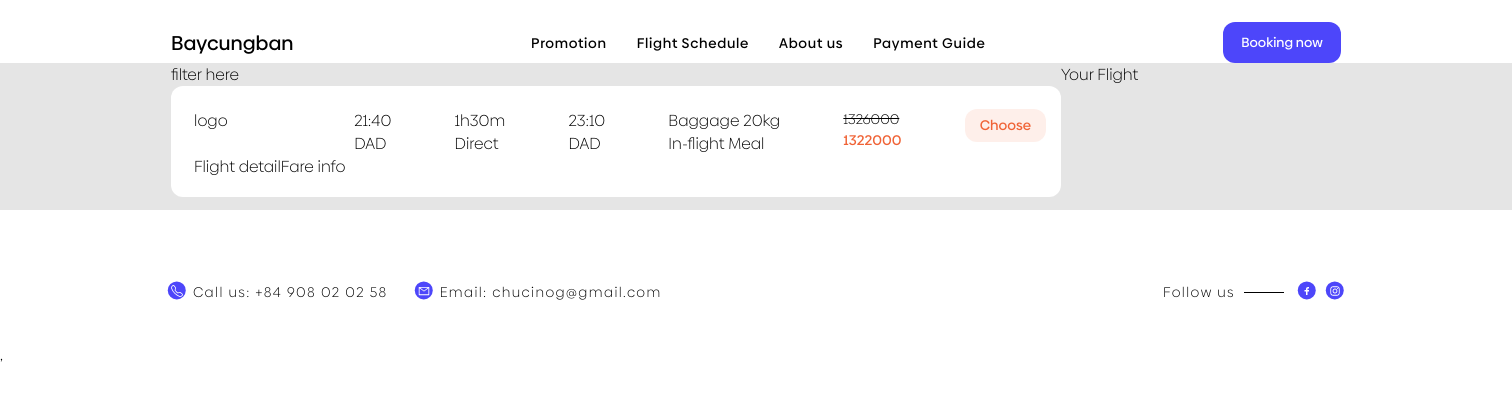
Repository: pinocoding/my-flying
Page: /list (app in my-flying/)
These files come from the project's save history. The page is drawn as it stood at one moment and after a run of saves; the edit follows.
The browser window is 1280 px wide. The page is 1512 px wide, so the pictures cover 1512 px, including what lies to the right of the window. The pictures show the whole page.
The project was rebuilt for these pictures with package versions that can differ from the ones it lists, and the page was loaded fresh each time. Also part of the build but not shown: my-flying/src/components/InDecreaBtn/InDecreaBtn.js, my-flying/src/components/TravelBooking/TravelBooking.css, my-flying/src/components/TravelBooking/TravelBooking.js, my-flying/src/components/home/Home.css, my-flying/src/components/home/Home.js. Imported but missing from the stored project, and not drawn on this page: my-flying/src/reportWebVitals.

Above is the page before, as saved 2022-09-09 17:07:40.

### my-flying/src/index.js
import React from "react";
import ReactDOM from "react-dom/client";
import "./index.css";
import App from "./App";
import reportWebVitals from "./reportWebVitals";
import "./font/SVN-Biennale/Biennale-Bold.otf";
const root = ReactDOM.createRoot(document.getElementById("root"));
root.render(
  <React.StrictMode>
    <App />
  </React.StrictMode>
);

// If you want to start measuring performance in your app, pass a function
// to log results (for example: reportWebVitals(console.log))
// or send to an analytics endpoint. Learn more: https://bit.ly/CRA-vitals
reportWebVitals();

### my-flying/src/index.css
@font-face {
  font-family: "SVN-Biennale";
  src: local("SVN-Biennale"),
    url("./font/SVN-Biennale/Biennale-Light.otf") format("opentype");

  font-weight: 400;
}

@font-face {
  font-family: "SVN-Biennale";
  src: local("SVN-Biennale"),
    url("./font/SVN-Biennale/Biennale-Medium.otf") format("opentype");

  font-weight: 600;
}

### my-flying/src/App.js
import React from "react";

import { render } from "react-dom";
import { BrowserRouter, Routes, Route } from "react-router-dom";
import Home from "../src/components/Home/Home";
import List from "./components/List/List";
import "./App.css";
function App() {
  return (
    <div className="App">
      <BrowserRouter>
        <Routes>
          <Route path="/" element={<Home />} />
          <Route path="/list" element={<List />} />
        </Routes>
      </BrowserRouter>
      ,
    </div>
  );
}

export default App;

### my-flying/src/components/List/List.js
import React from "react";
import Header from "../Header/Header";
import Footer from "../Footer/Footer";
import "./List.css";
import FlightInfor from "../FlightsInfor/FlightInfor";
function List() {
  return (
    <div className="list">
      <Header />

      <div className="list-container">
        <div className="list-infor">
          {" "}
          <div className="list-filter">filter here</div>
          <div className="list-row">
            <FlightInfor />
          </div>
        </div>

        <div className="list-userFlight">Your Flight</div>
      </div>
      <Footer />
    </div>
  );
}

export default List;

### my-flying/src/App.css
* {
  box-sizing: border-box;
  margin: 0;
  padding: 0;
  scroll-behavior: smooth;
  font-family: "SVN-Biennale", Courier, monospace;
}
.App {
  width: 1512px;
  margin: 0 auto;
}

### my-flying/src/components/Header/Header.js
import React from "react";
import "./Header.css";

function Header() {
  return (
    <div className="header">
      <div className="header-logo">
        <div className="header-logo-name">Baycungban</div>
        {/* <div>img</div>
        <div>img</div> */}
      </div>

      <ul className="header-nav">
        <li>
          <a href="/#">Promotion</a>
        </li>
        <li>
          <a href="/flight-schedule">Flight Schedule</a>
        </li>
        <li>
          <a href="/#">About us</a>
        </li>
        <li>
          <a href="/#">Payment Guide</a>
        </li>
      </ul>

      <button className="header-booking">Booking now</button>
    </div>
  );
}

export default Header;

### my-flying/src/components/Footer/Footer.js
import React from "react";
import { BsTelephone } from "react-icons/bs";
import { AiOutlineMail, AiOutlineInstagram } from "react-icons/ai";
import { TiSocialFacebook } from "react-icons/ti";
import "./Footer.css";
function Footer() {
  return (
    <div className="footer">
      <ul>
        <li>
          <a href="/#" className="footer-link">
            <BsTelephone className="footer-icon" />
          </a>
          <span>Call us: +84 908 02 02 58</span>
        </li>

        <li>
          <a href="/#" className="footer-link">
            <AiOutlineMail className="footer-icon" />
          </a>
          <span>Email: chucinog@gmail.com</span>
        </li>
      </ul>

      <div>
        <span className="footer-follow">Follow us</span>
        <a href="/#" className="footer-link footer-facebook">
          <TiSocialFacebook className="footer-icon" />
        </a>
        <a href="/#" className="footer-link">
          <AiOutlineInstagram className="footer-icon" />
        </a>
      </div>
    </div>
  );
}

export default Footer;

### my-flying/src/components/List/List.css
.list-container {
  display: flex;

  background-color: #e5e5e5;
  padding: 0 171px 0 171px;
}

.list-row {
  width: 890px;
  height: 124px;
  border-radius: 12px;
}

### my-flying/src/components/FlightsInfor/FlightInfor.js
import React from "react";
import "./FlightInfor.css";

function FlightInfor() {
  return (
    <div className="flight-container">
      <ul className="flight-list">
        <li>logo</li>
        <li className="flight-name"></li>
        <li className="flight-time">
          <p>21:40</p>
          <p>DAD</p>
        </li>

        <li className="flight-direc">
          <p>1h30m</p>
          <p></p>
          <p>Direct</p>
        </li>
        <li className="flight-time">
          <p>23:10</p>
          <p>DAD</p>
        </li>

        <li className="flight-meal">
          <p>Baggage 20kg </p>
          <p>In-flight Meal </p>
        </li>

        <li className="flight-price">
          <p className="flight-old">1326000</p>
          <p className="flight-new">1322000</p>
        </li>
        <li className="flight-choose">
          <button>Choose</button>
        </li>
      </ul>

      <ul>
        <li>Flight detail</li>
        <li>Fare info</li>
      </ul>
    </div>
  );
}

export default FlightInfor;

### my-flying/src/components/Header/Header.css
.header {
  display: flex;
  justify-content: space-between;
  text-align: center;
  padding: 22px 171px 0 171px;
}
.header-logo {
  display: flex;
}
.header-logo-name {
  font-weight: 600;
  font-size: 20px;
  align-items: center;
  display: flex;
}
.header-nav {
  display: flex;
  list-style: none;
  justify-content: space-between;
  gap: 0 30px;
  align-items: center;
}
.header-nav li a {
  color: rgba(0, 0, 0, 1);
  text-decoration: none;
  font-family: "SVN-Biennale";
  font-style: normal;
  font-weight: 600;
  font-size: 14px;
  line-height: 21px;

  text-align: center;
  letter-spacing: 0.05em;
}
.header-booking {
  background-color: rgba(77, 70, 250, 1);
  color: white;
  height: 41px;
  width: 118px;
  left: 1223px;
  top: 38px;
  border-radius: 12px;
  padding: 10px 16px 10px 16px;
  border: none;
  cursor: pointer;
  font-weight: 600;
}

### my-flying/src/components/Footer/Footer.css
.footer {
  display: flex;
  justify-content: space-between;
  text-align: center;
  width: 100%;
  padding: 70px 171px 40px 171px;
}
.footer ul {
  list-style: none;
  display: flex;
  gap: 0 30px;
}
.footer-link {
  position: relative;
}
.footer-icon {
  color: white;
  font-size: 12px;
}

.footer-link:after {
  content: "";
  position: absolute;
  top: 0;
  left: 0;
  width: 18px;
  height: 18px;
  border-radius: 50%;
  transform: translate(-18%, 8%);
  background-color: #4d46fa;

  z-index: -1;
}
.footer ul li span {
  padding-left: 10px;
  font-family: "SVN-Biennale";
  font-style: normal;
  font-weight: 400;
  font-size: 14px;
  line-height: 21px;
  /* identical to box height */

  letter-spacing: 0.1em;

  color: #000000;
}
.footer-follow {
  width: 72px;
  height: 21px;
  font-family: "SVN-Biennale";
  font-style: normal;
  font-weight: 400;
  font-size: 14px;
  line-height: 21px;
  /* identical to box height */

  letter-spacing: 0.1em;

  color: #000000;

  position: relative;
  margin-right: 50px;
}

.footer-follow:after {
  content: "";
  position: absolute;
  top: 50%;
  right: 0;
  width: 40px;
  height: 1px;
  left: 81px;
  background-color: black;

  z-index: -1;
}
.footer-facebook {
  margin: 0 16px 0 16px;
}

### my-flying/src/components/FlightsInfor/FlightInfor.css
.flight-container {
  width: 100%;
  background: #ffffff;
  border-radius: 12px;
  padding: 23px 15px 19px 23px;
}

.flight-container .flight-list {
  list-style: none;
  display: flex;
  justify-content: space-between;
}

.flight-container ul {
  list-style: none;
  display: flex;
}
.flight-old {
  font-family: "SVN-Biennale";
  font-style: normal;
  font-weight: 400;
  font-size: 14px;
  line-height: 21px;
  color: rgba(0, 0, 0, 1);
  /* identical to box height */

  text-decoration-line: line-through;
}
.flight-new {
  font-family: "SVN-Biennale";
  font-style: normal;
  font-weight: 600;
  font-size: 14px;
  line-height: 21px;

  color: #f06336;
}
.flight-choose button {
  padding: 6px 15px;
  border: none;
  color: #f06336;
  font-family: "SVN-Biennale";
  font-style: normal;
  font-weight: 600;
  font-size: 14px;
  line-height: 21px;
  background: rgba(240, 99, 54, 0.1);
  border-radius: 12px;
}

After the next 2 saves:
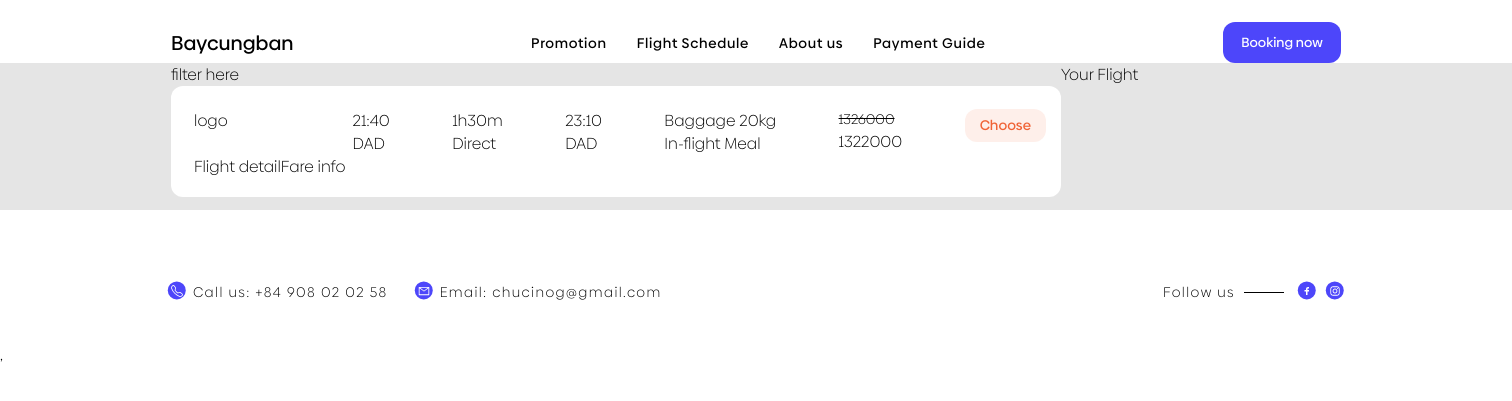
The 2 saves are shown as one change because they came seconds apart.
The last was saved 18 s later.
--- a/my-flying/src/components/FlightsInfor/FlightInfor.js
+++ b/my-flying/src/components/FlightsInfor/FlightInfor.js
@@ -29,7 +29,7 @@
 
         <li className="flight-price">
           <p className="flight-old">1326000</p>
-          <p className="flight-new">1322000</p>
+          <p className="">1322000</p>
         </li>
         <li className="flight-choose">
           <button>Choose</button>

After the save that followed:
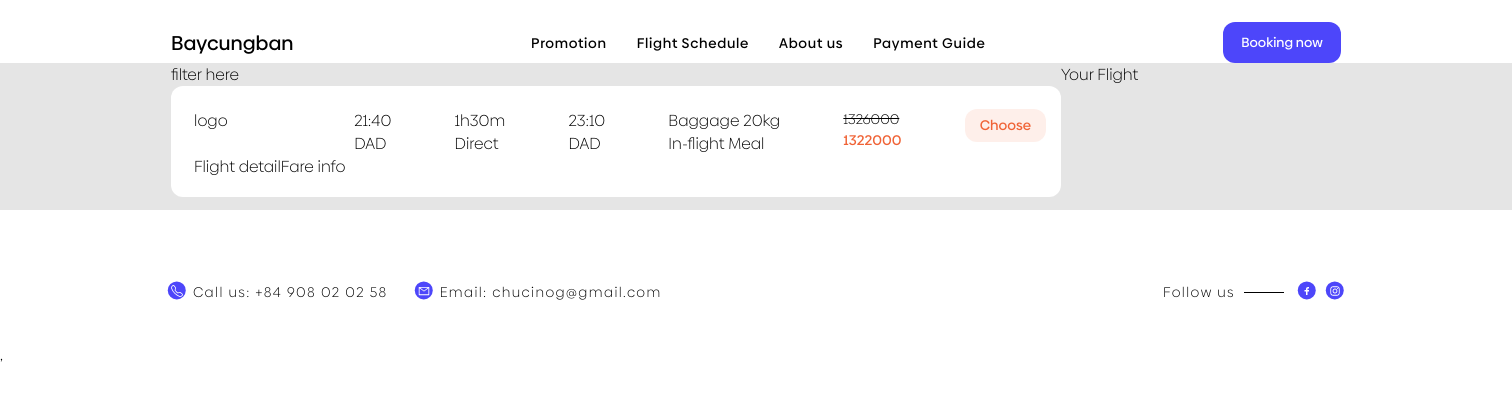
Saved 6 s later.
--- a/my-flying/src/components/FlightsInfor/FlightInfor.js
+++ b/my-flying/src/components/FlightsInfor/FlightInfor.js
@@ -29,7 +29,7 @@
 
         <li className="flight-price">
           <p className="flight-old">1326000</p>
-          <p className="">1322000</p>
+          <p className="flight-new">1322000</p>
         </li>
         <li className="flight-choose">
           <button>Choose</button>
